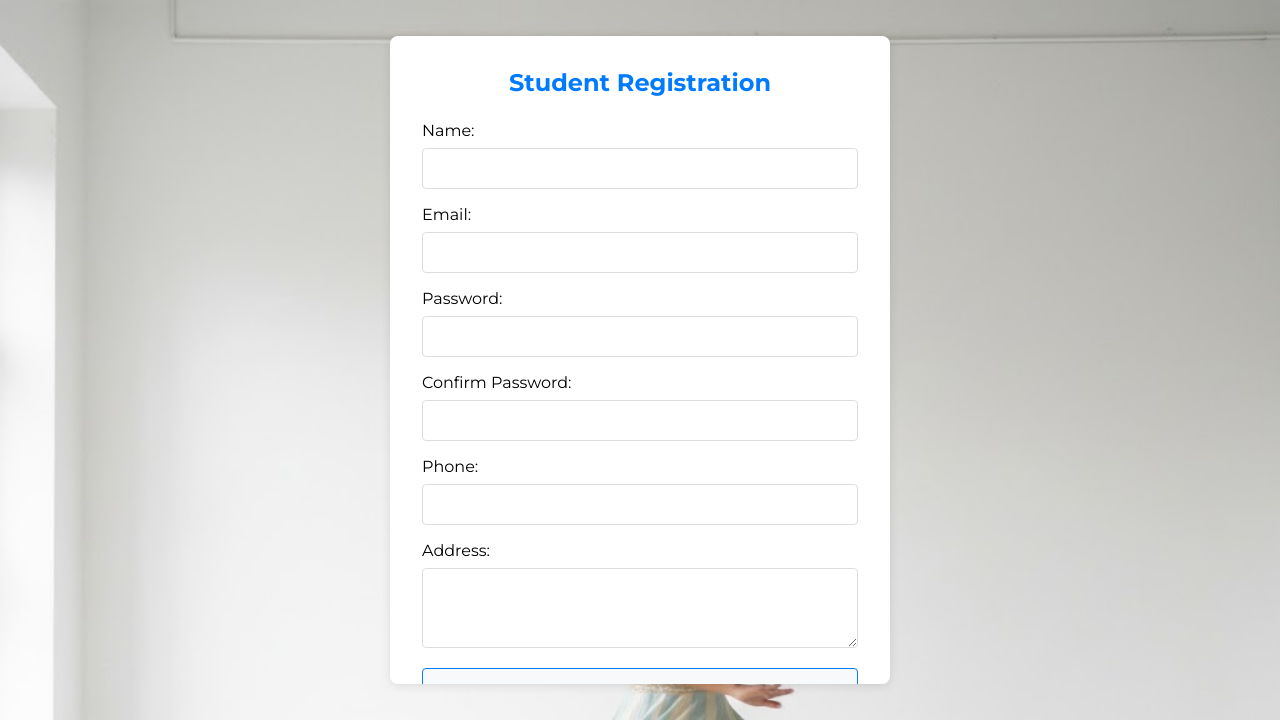
Repository: Priyadharshini-J-CSE/StepSync_Dance_Mangement_System
Page: /user-register (app in frontend/)
An editor plug-in stored every save of this project. The page is shown before and after a run of saves, followed by the edit.
The browser window is 1280 px wide. The pictures show the whole page.
An inner scrolling area shows only its first screen. Some web fonts or font styles are not loaded; a fallback is used. Some web libraries are served in a nearby version. The project was rebuilt for these pictures with package versions that can differ from the ones it lists, and the page was loaded fresh each time. Also part of the build but not shown: frontend/src/index.css, frontend/src/pages/LandingPage.js, frontend/src/components/Alert.js, frontend/src/pages/UserLogin.js, frontend/src/pages/AdminLogin.js, frontend/src/pages/AdminRegister.js, frontend/src/pages/ForgotPassword.js, frontend/src/components/Navbar.js and 17 more.

Above is the page before, as saved 2025-12-18 10:47:19.

After the next 3 saves:
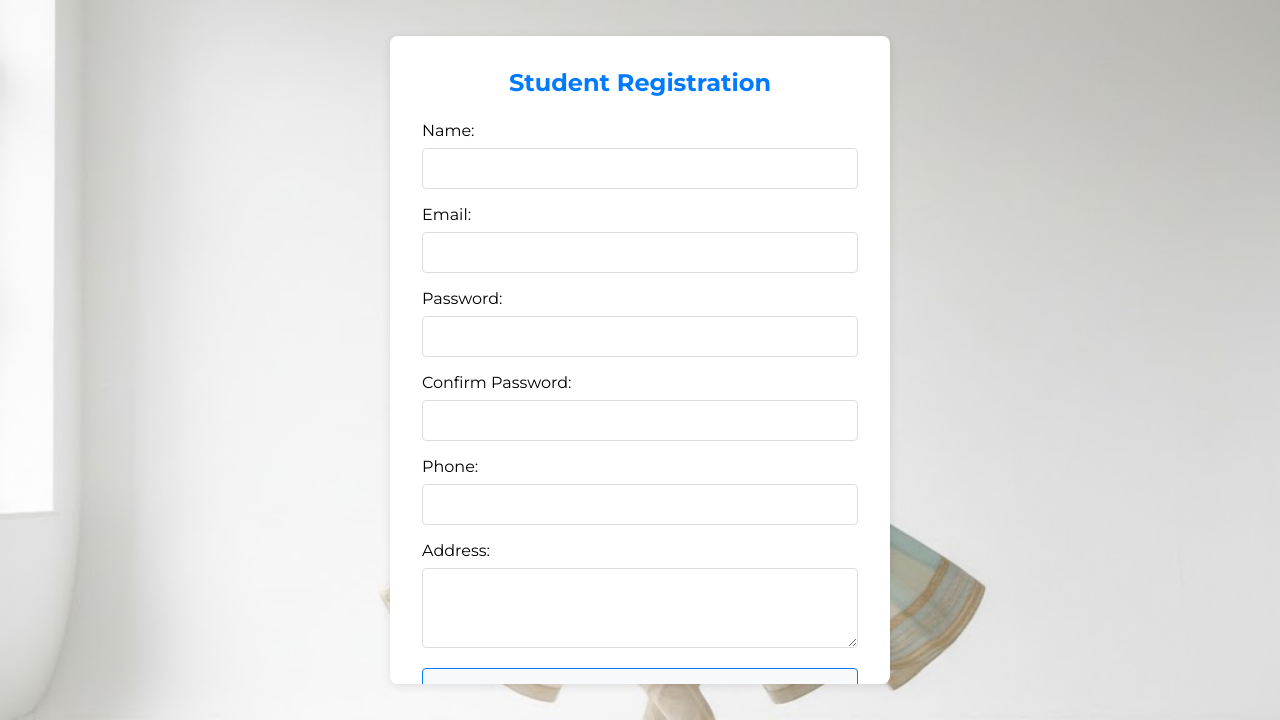
The 3 saves are shown as one change because they came seconds apart.
The last was saved 9 s later.
--- a/frontend/src/pages/UserRegister.js
+++ b/frontend/src/pages/UserRegister.js
@@ -65,7 +65,7 @@ const UserRegister = () => {
       padding: '1rem',
       backgroundImage: 'url(/image.jpg)',
       backgroundSize: 'cover',
-      backgroundPosition: 'bottom 5px',
+      backgroundPosition: 'right',
       backgroundAttachment: 'fixed'
     }}>
       <form onSubmit={handleSubmit} style={{
